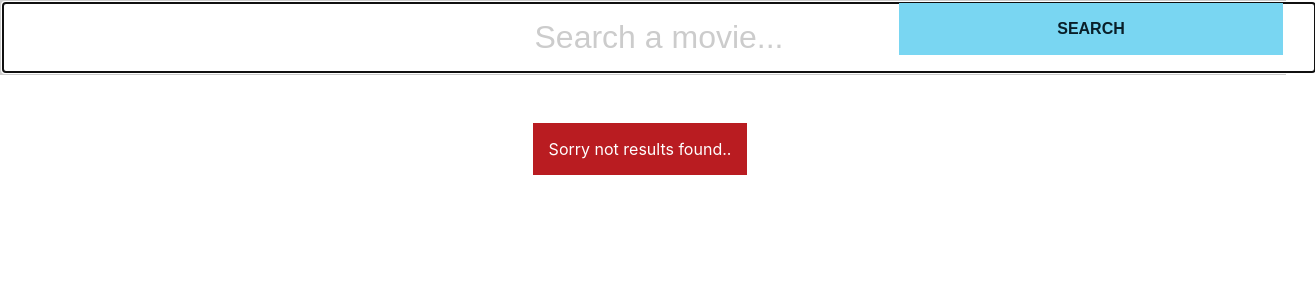
Repository: jijo78/movie-tvshows-list
Page: /
An editor plug-in stored every save of this project. The page is shown before and after the next save, followed by the edit.
The browser window is 1280 px wide. The page is 1315 px wide, so the pictures cover 1315 px, including what lies to the right of the window. The pictures show the whole page.
The page's requests for data from a server got no answer. The project was rebuilt for these pictures with package versions that can differ from the ones it lists, and the page was loaded fresh each time. No one was signed in, and anything a server would have sent is missing. Also part of the build but not shown: src/MediaRatio.tsx.

Above is the page before, as saved 2020-11-27 16:11:41.

After the next save:
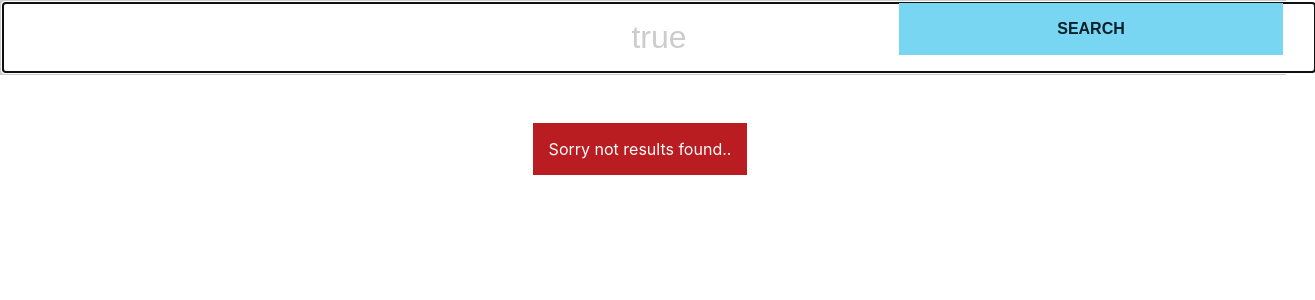
Saved 26 s later.
--- a/src/QuickSearch.tsx
+++ b/src/QuickSearch.tsx
@@ -101,6 +101,7 @@
           className="search__input"
           type="text"
           ref={inputRef as React.RefObject<HTMLInputElement>}
+          value
         />
         <Button type="submit">Search</Button>
       </SearchForm>

After the 2 saves that followed:
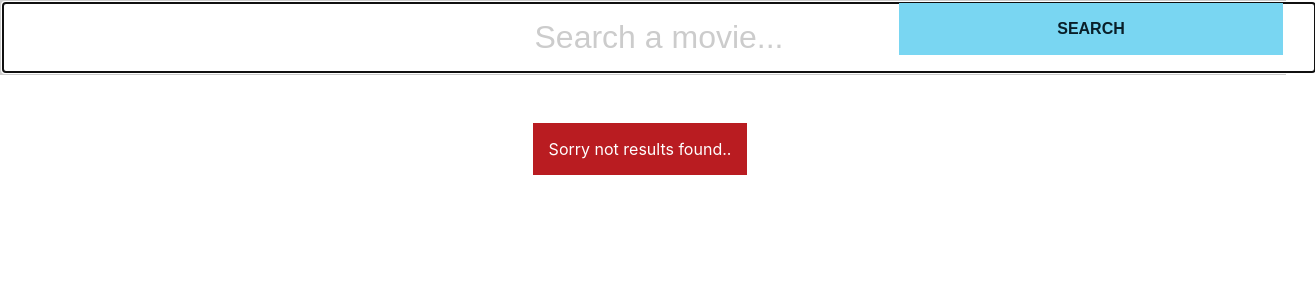
The 2 saves are shown as one change because 1 did not build or start.
The last was saved 38 s later.
--- a/src/QuickSearch.tsx
+++ b/src/QuickSearch.tsx
@@ -101,7 +101,6 @@
           className="search__input"
           type="text"
           ref={inputRef as React.RefObject<HTMLInputElement>}
-          value
         />
         <Button type="submit">Search</Button>
       </SearchForm>
